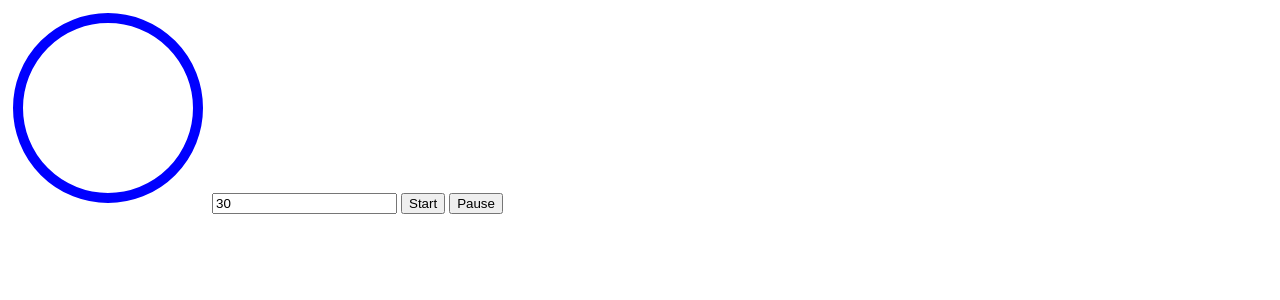
Repository: zhapar/JS-Bootcamp
Page: 1. Timer/index.html
An editor plug-in stored every save of this project. The page is shown before and after the next save, followed by the edit.
The browser window is 1280 px wide. The pictures show the whole page.

Above is the page before, as saved 2020-07-09 16:50:05.

### 1. Timer/index.html
<!DOCTYPE html>
<html lang="en">
  <head>
    <meta charset="UTF-8" />
    <meta name="viewport" content="width=device-width, initial-scale=1.0" />
    <title>Timer</title>
  </head>

  <body>
    <svg height="200" width="200">
      <circle
        r="90"
        cx="100"
        cy="100"
        fill="transparent"
        stroke="blue"
        stroke-width="10"
        stroke-dasharray="565"
        stroke-dasharrray="100"
        <!-- transform="rotate(-90 100 100)" -->
      />
    </svg>
    <input type="text" id="duration" value="30" />
    <button id="start">Start</button>
    <button id="pause">Pause</button>

    <script src="timer.js"></script>
    <script src="app.js"></script>
  </body>
</html>

### 1. Timer/timer.js
class Timer {
  constructor(durationInput, startButton, pauseButton, callbacks) {
    this.durationInput = durationInput;
    this.startButton = startButton;
    this.pauseButton = pauseButton;

    if (callbacks) {
      this.onStart = callbacks.onStart;
      this.inTick = callbacks.inTick;
      this.onComplete = callbacks.onComplete;
    }

    this.startButton.addEventListener("click", this.start);
    this.pauseButton.addEventListener("click", this.pause);
  }

  // To start a timer
  start = () => {
    if (this.onStart) {
      this.onStart();
    }
    this.tick();
    this.interval = setInterval(this.tick, 1000);
  };

  // To pause a timer
  pause = () => {
    clearInterval(this.interval);
  };

  // To countdown timer
  tick = () => {
    if (this.timeRemaining <= 0) {
      this.pause();
      if (this.onComplete) {
        this.onComplete();
      }
    } else {
      this.timeRemaining = this.timeRemaining - 1;
      this.inTick();
    }
  };

  get timeRemaining() {
    return parseFloat(this.durationInput.value);
  }

  set timeRemaining(time) {
    this.durationInput.value = time;
  }
}

### 1. Timer/app.js
// Get button on DOM
const durationInput = document.querySelector("#duration");
const startButton = document.querySelector("#start");
const pauseButton = document.querySelector("#pause");

const timer = new Timer(durationInput, startButton, pauseButton, {
  onStart() {
    console.log("Timer started!");
  },
  inTick() {
    console.log("Timer just ticked down");
  },
  onComplete() {
    console.log("Timer is completed");
  },
});

After the next save:
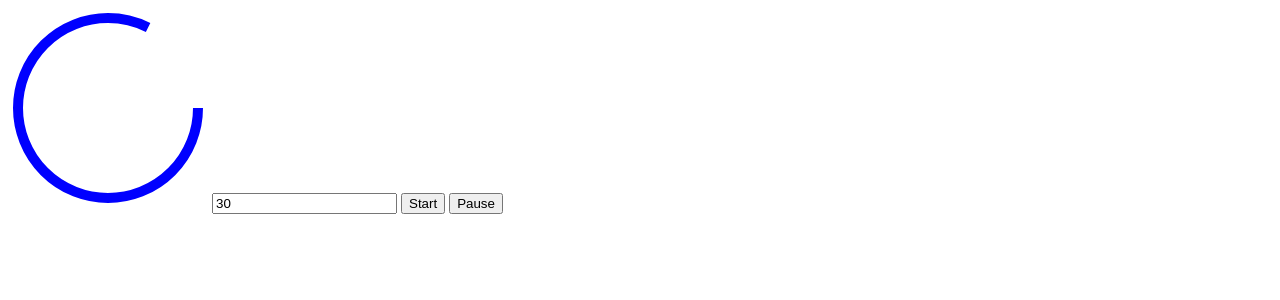
Saved 2 min 12 s later.
--- a/1. Timer/index.html
+++ b/1. Timer/index.html
@@ -16,8 +16,7 @@
         stroke="blue"
         stroke-width="10"
         stroke-dasharray="565"
-        stroke-dasharrray="100"
-        <!-- transform="rotate(-90 100 100)" -->
+        stroke-dashoffset="100"
       />
     </svg>
     <input type="text" id="duration" value="30" />
